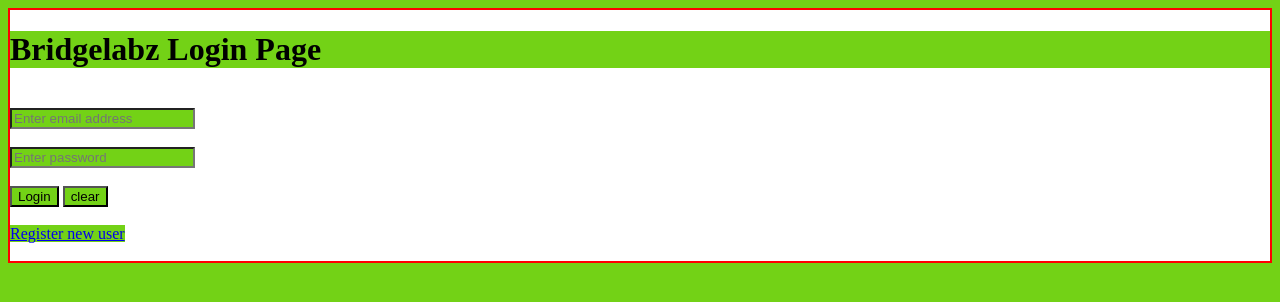
Repository: MarkFernandes11/Advanced-Java
Page: http://localhost/Login/login.jsp
These files come from the project's save history. The page is drawn as it stood at one moment and after the next save; the edit follows.
The browser window is 1280 px wide. The pictures show the whole page.
The page is served by Tomcat 9.

Above is the page before, as saved 2019-09-26 05:12:30.

After the next save:
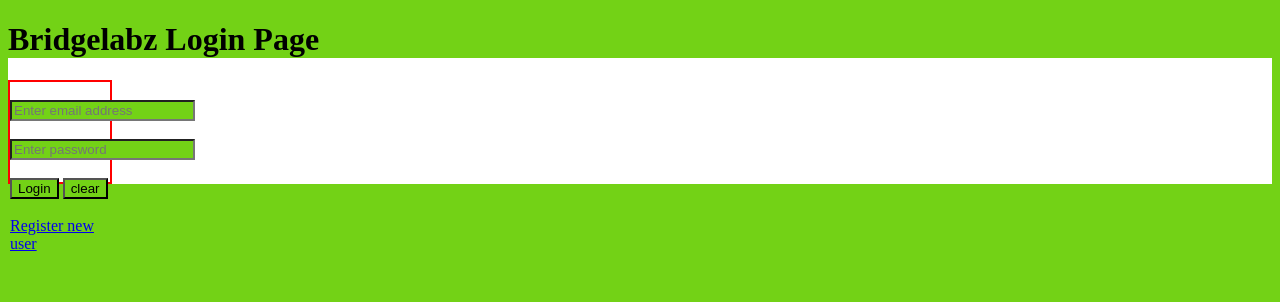
Saved 106 s later.
--- a/Login/WebContent/stylesheet.css
+++ b/Login/WebContent/stylesheet.css
@@ -5,10 +5,12 @@
 }
 
 body{
-	border: 2px solid #f00;
 	background-color: #fff;
 }
 
 form{
 	background-color: #fff;
+	border: 2px solid #f00;
+	width: 100px;
+	height: 100px;
 }
